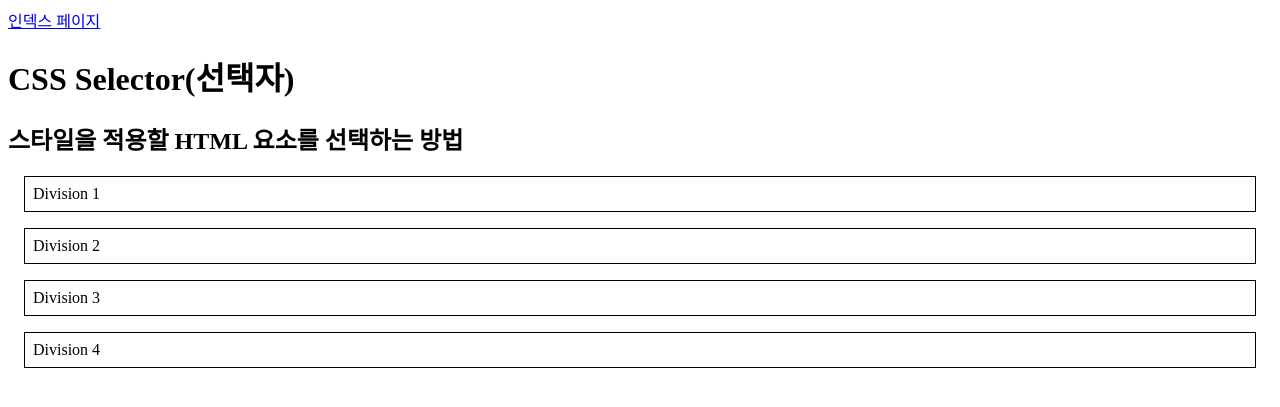
Repository: Sid0130/HTML
Page: lab-web/lab02_css/src/main/webapp/selector1.html
These files come from the project's save history. The page is drawn as it stood at one moment and after the next save; the edit follows.
The browser window is 1280 px wide. The pictures show the whole page.

Above is the page before, as saved 2024-12-04 08:08:44.

### lab-web/lab02_css/src/main/webapp/selector1.html
<!DOCTYPE html>
<html>
	<head>
		<meta charset="UTF-8">
		<title>Lab02 CSS</title>

        <style>
            /* 1. tag selector */
            div {
                border: 1px solid black;
                margin: 16px;
                padding: 8px;
                background-color: lightGra;
            }
        </style>
	</head>
	<body>
		<nav> <!-- navigation division(페이지 이동 선택 메뉴 영역) -->
            <a href="index.html">인덱스 페이지</a>
        </nav>

        <main>
        <!-- **중요한 부분** -->
        <!--  마진이 겹치는 부분은 더 큰 여백으로 사용한다. -->
            <h1>CSS Selector(선택자)</h1>
            <h2>스타일을 적용할 HTML 요소를 선택하는 방법</h2>

            <div class = "color-white" >Division 1</div>
            <div class = "color-white" >Division 2</div>
            <div id="div3">Division 3</div>
            <div id="div4">Division 4</div>
        </main>
	</body>
</html>

<!--
CSS 문법: selector { property: value; ... }
selector: HTML 요소(element)를 찾는 방법.
1. 태그(tag) 이름: body, div, span, main, section, ...
2. 클래스(class) 속성 값: .class-name
   - HTML 태그 안에서 class 속성(attribute)에 설정한 값(이름).
   - 여러 개의 요소들을 한꺼번에 선택할때 주로 사용.
3. 아이디(id) 속성 값: #id-name
   - HTML 태그 안에서 id 속성에 설정한 값(이름).
   - HTML 파일 안에서 유일한 요소 1개를 선택할 때 주로 사용.
   - 같은 아이디가 여러 개 있는 경우에는, 같은 아이디의 모든 요소들을 선택함. (권장하지 않음)
4. *: 모든 HTML 요소.
5. pseudo selector(가상 선택자): 이벤트, ...
6. 자식 요소(child element)
-->

After the next save:
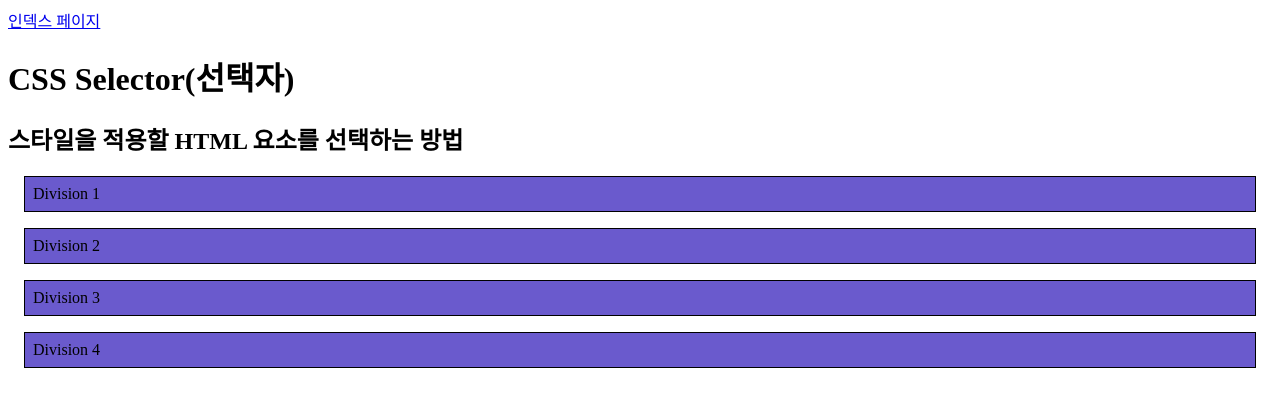
Saved 25 s later.
--- a/lab-web/lab02_css/src/main/webapp/selector1.html
+++ b/lab-web/lab02_css/src/main/webapp/selector1.html
@@ -10,7 +10,7 @@
                 border: 1px solid black;
                 margin: 16px;
                 padding: 8px;
-                background-color: lightGra;
+                background-color: slateBlue;
             }
         </style>
 	</head>
